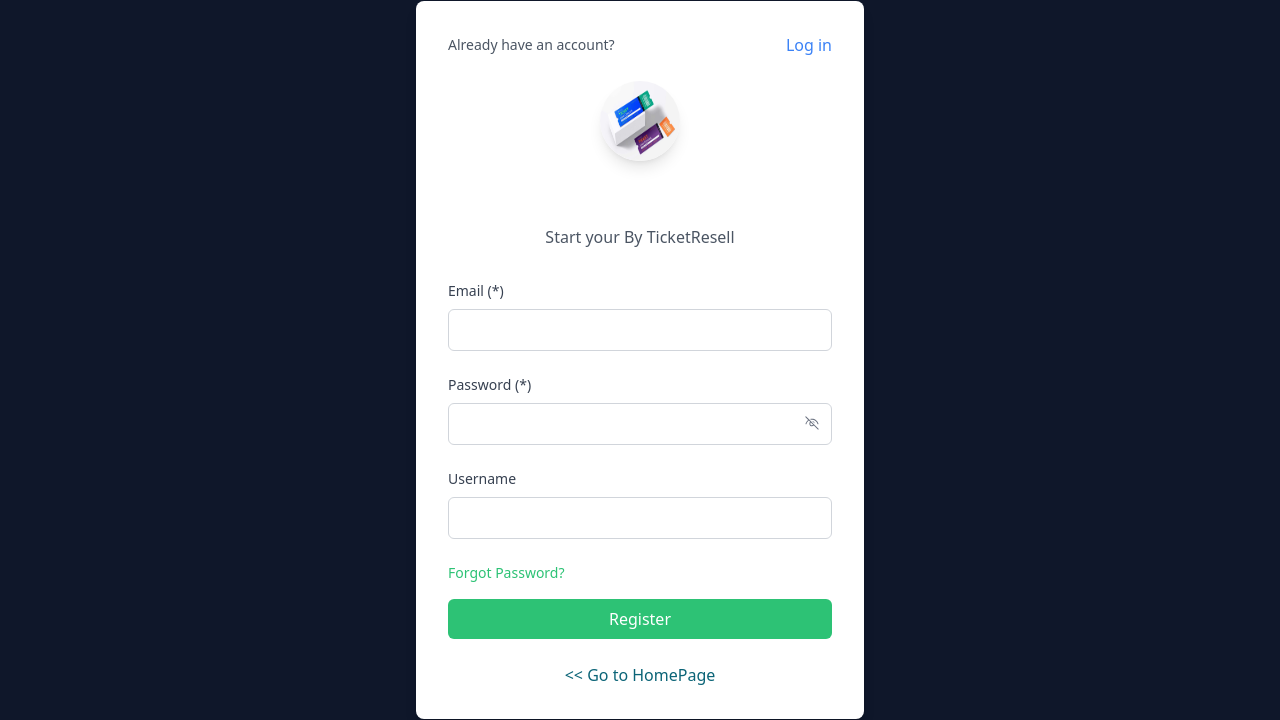
Repository: DatVX02/SWD392--ChienNV33
Page: /register (app in FE/ticket-reused/)
The author's editor kept a copy of each file at every save. The page is drawn from the files as they stood at one save, then again after the next save.
The browser window is 1280 px wide. The pictures show the whole page.
The project was rebuilt for these pictures with package versions that can differ from the ones it lists, and the page was loaded fresh each time. Also part of the build but not shown: FE/ticket-reused/vite.config.js, FE/ticket-reused/src/components/banner/Banner.jsx, FE/ticket-reused/src/components/layout/Header.jsx, FE/ticket-reused/src/components/banner/SearchBar.jsx, FE/ticket-reused/src/components/button/Button.jsx, FE/ticket-reused/src/components/loading/LoadingSkeleton.jsx, FE/ticket-reused/src/components/ticket/TicketCard.jsx, FE/ticket-reused/src/components/ticket/TicketList.jsx and 3 more.

Above is the page before, as saved 2024-10-09 22:46:51.

After the next save:
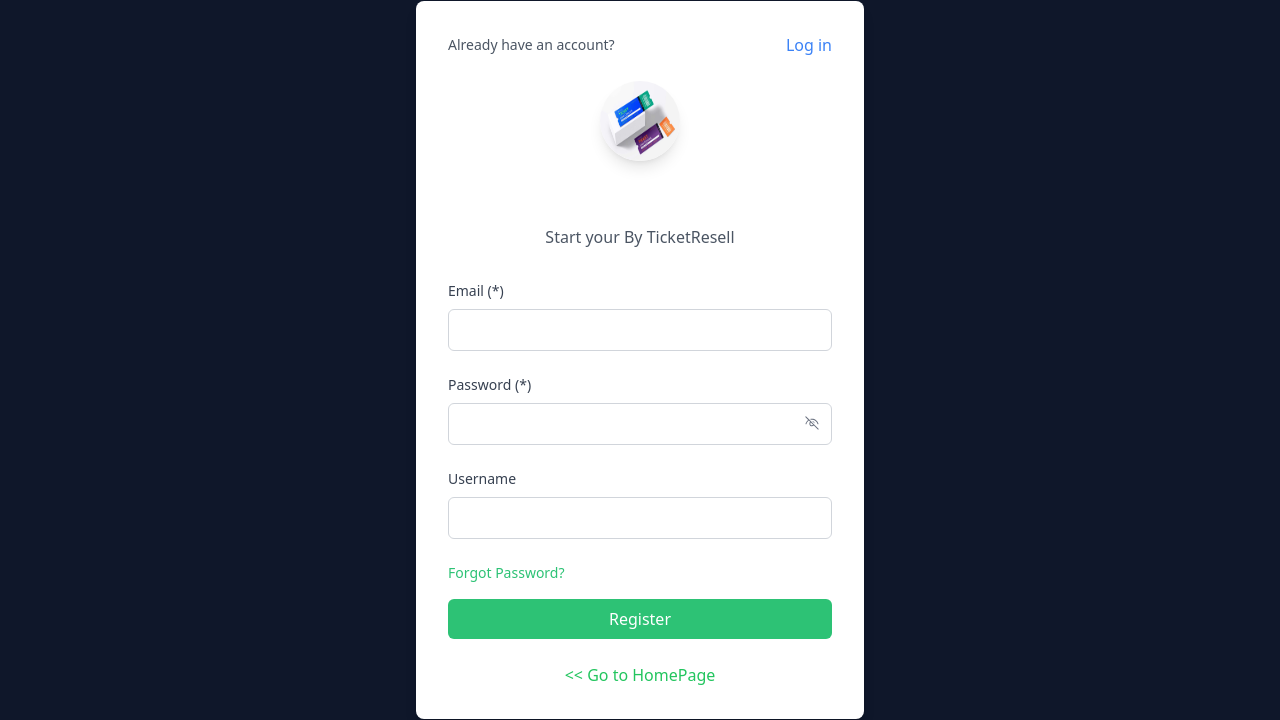
Saved 42 s later.
--- a/FE/ticket-reused/src/components/Auther/Register.jsx
+++ b/FE/ticket-reused/src/components/Auther/Register.jsx
@@ -155,7 +155,7 @@
           {/* Back to Home */}
           <div className="mt-4 text-center">
             <span
-              className="cursor-pointer text-secondary hover:underline"
+              className="cursor-pointer text-third hover:underline hover:text-secondary"
               onClick={() => navigate("/")}
             >
               &#60;&#60; Go to HomePage
